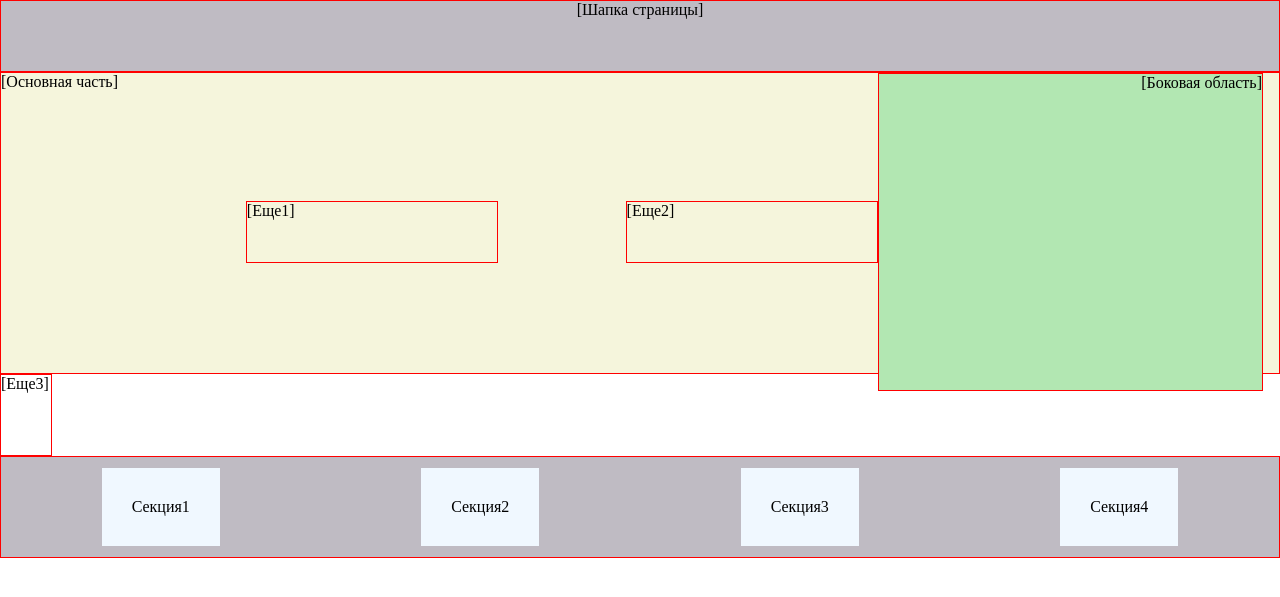
Repository: IrinaGetmanenko/week5
Page: week5/index.html
The author's editor kept a copy of each file at every save. The page is drawn from the files as they stood at one save, then again after the next save.
The browser window is 1280 px wide. The pictures show the whole page.

Above is the page before, as saved 2022-08-28 20:24:23.

After the next save:
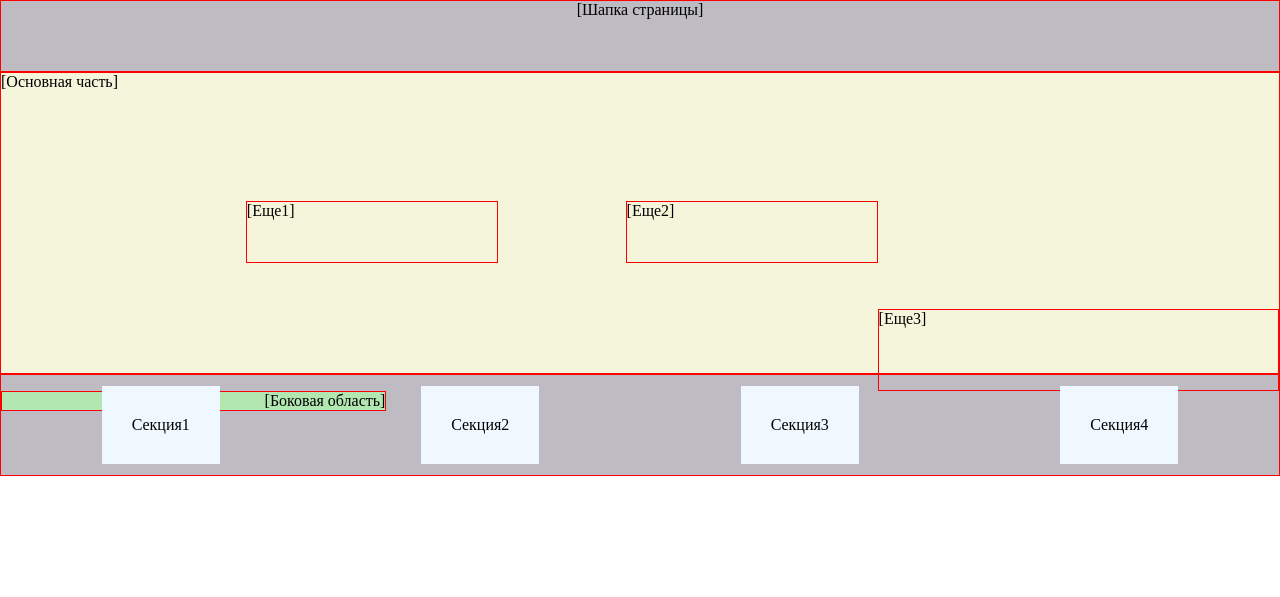
Saved 2 min 47 s later.
--- a/week5/index.html
+++ b/week5/index.html
@@ -109,10 +109,10 @@
 <main class="container-2">[Основная часть]
 <main class="section1">[Eще1]</main>
 <main class="section2">[Еще2]</main>
-
+<main class="section3">[Еще3]</main>
 <aside class="aside">[Боковая область]</aside>
 </main>
-<main class="section3">[Еще3]</main>
+
 </main>
 
 <footer class="footer">
